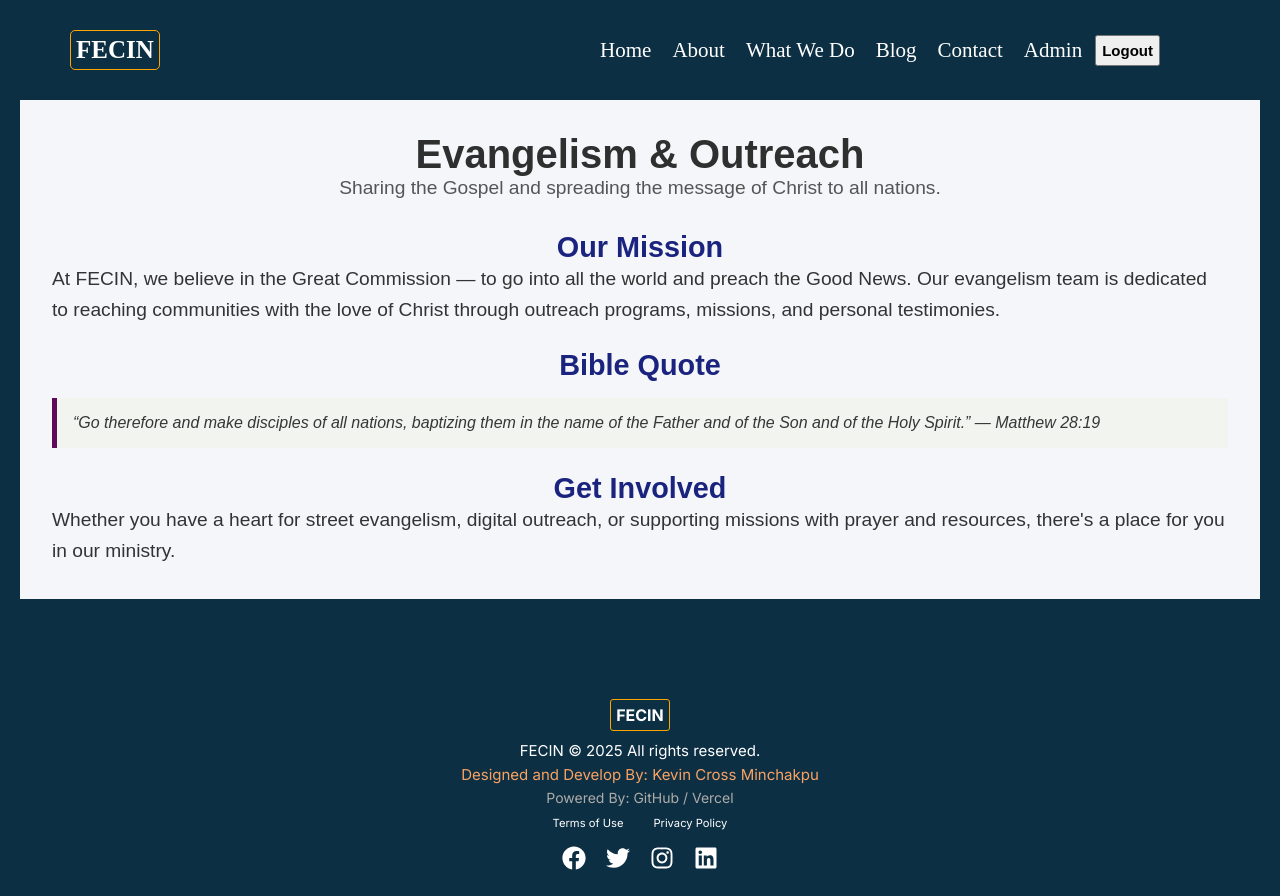
Repository: KCMinchakpu/fecin-projectgs497
Page: /evangelism
These files come from the project's save history. The page is drawn as it stood at one moment and after the next save; the edit follows.
The browser window is 1280 px wide. The pictures show the whole page.
The project was rebuilt for these pictures with package versions that can differ from the ones it lists, and the page was loaded fresh each time. The framework's server and built-in components were replaced by stand-ins that run in the browser. Also part of the build but not shown: next.config.mjs.

Above is the page before, as saved 2025-04-06 14:06:24.

### src/app/layout.js
import {Inter} from "next/font/google";
import "./globals.css";
import Navbar from "@/components/navbar/Navbar";
import Footer from "@/components/footer/Footer";

const inter = Inter({ subsets: ["latin"]});

export const metadata = {
  title: "FECIN Bible Translation Project",
  description: "This is the official FECIN Bible Translation Project",
};

export default function RootLayout({ children }) {
  return (
    <html lang="en">
      <body className={inter.className}>
        <div className="container">
        <Navbar />
        {children}
        <Footer />
        </div>
      </body>
    </html>
  );
}

### src/app/evangelism/page.jsx
import styles from './Evangelism.module.css';

export default function EvangelismPage() {
  return (
    <main className={styles.container}>
      <section className={styles.hero}>
        <h1>Evangelism & Outreach</h1>
        <p>Sharing the Gospel and spreading the message of Christ to all nations.</p>
      </section>

      <section className={styles.content}>
        <h2>Our Mission</h2>
        <p>
          At FECIN, we believe in the Great Commission — to go into all the world and preach the Good News.
          Our evangelism team is dedicated to reaching communities with the love of Christ through outreach programs,
          missions, and personal testimonies.
        </p>

        <h2>Bible Quote</h2>
        <blockquote className={styles.quote}>
          “Go therefore and make disciples of all nations, baptizing them in the name of the Father and of the Son
          and of the Holy Spirit.” — Matthew 28:19
        </blockquote>

        <h2>Get Involved</h2>
        <p>
          Whether you have a heart for street evangelism, digital outreach, or supporting missions with prayer and
          resources, there's a place for you in our ministry.
        </p>
      </section>
    </main>
  );
}

### src/app/globals.css
:root {
    --bg: #0c2f43;
    --text: white;
    --bgSoft: #091f2c;
    --textSoft: rgb(237, 232, 232);
    --btn: #de3c21;
    --bgWhite: white;
    --textGray: #444444;
}

/* Box sizing rules */
* {
    box-sizing: border-box;
    margin:0;
    padding: 0;
  }

/* Set core body defaults */
body {
    background-color: var(--bgWhite);
    color: var(--text);
  }

a {
    color: inherit;
    text-decoration: none;
}

.container {
  background-color: var(--bg);
  width: 100%; /* Default for small screens */
  margin: auto;
  padding-left: 20px;
  padding-right: 20px;
  min-height: 120vh;
  display: flex;
  flex-direction: column;
  justify-content: space-between;
}

### src/components/navbar/Navbar.jsx
import React from 'react';
import Link from 'next/link';
import Links from "./links/Links";
import styles from "./navbar.module.css";

const Navbar = () => {
  return (
    <div className={styles.container}>
      <Link href="/" className={styles.logo}>FECIN</Link>
      <div>
        <Links />
      </div>
    </div>
  );
};

export default Navbar;

### src/components/footer/Footer.jsx
import React from 'react';
import styles from './footer.module.css';
import { FaFacebook, FaTwitter, FaInstagram, FaLinkedin } from 'react-icons/fa';

const Footer = () => {
  return (
    <div className={styles.container}>
      <div className={styles.logo}>
        {/* You can add a logo image here if needed */}
        <h2>FECIN</h2>
      </div>
      <div>
        <p className={styles.text}>FECIN © 2025 All rights reserved.</p>
        <p className={styles.author}>
          <a href="https://www.linkedin.com/in/kevin-cross-minchakpu-7897379a" target="_blank">Designed and Develop By: Kevin Cross Minchakpu</a>
          </p>
        <p className={styles.company}>
          <a href="https://octatesystems.github.io/OSNigeria/">Powered By: GitHub / Vercel</a>
          </p>
      </div>
      <div className={styles.links}>
        <a href="/terms" className={styles.link}>Terms of Use</a>
        <a href="/privacy" className={styles.link}>Privacy Policy</a>
      </div>
      <div className={styles.socialIcons}>
        <a href="https://facebook.com" target="_blank" rel="noopener noreferrer" className={styles.icon}>
          <FaFacebook />
        </a>
        <a href="https://twitter.com" target="_blank" rel="noopener noreferrer" className={styles.icon}>
          <FaTwitter />
        </a>
        <a href="https://instagram.com" target="_blank" rel="noopener noreferrer" className={styles.icon}>
          <FaInstagram />
        </a>
        <a href="https://linkedin.com" target="_blank" rel="noopener noreferrer" className={styles.icon}>
          <FaLinkedin />
        </a>
      </div>
    </div>
  );
};

export default Footer;

### src/app/evangelism/Evangelism.module.css
.container {
    padding: 2rem;
    margin: 0 auto;
    font-family: 'Arial', sans-serif;
    background-color: #f4f6fa;
    margin-bottom: 80px;
  }

  .hero {
    text-align: center;
    margin-bottom: 2rem;
  }

  .hero h1 {
    font-size: 2.5rem;
    color: #2e2f2e;
  }

  .hero p {
    font-size: 1.2rem;
    color: #555;
  }

  .content h2 {
    font-size: 1.8rem;
    margin-top: 1.5rem;
    color: #1a237e;
    text-align: center;
  }

  .content p {
    font-size: 1.2rem;
    line-height: 1.6;
    color: #333;
  }

  .quote {
    background-color: #f1f4ef;
    border-left: 5px solid #5f095b;
    padding: 1rem;
    margin: 1rem 0;
    font-style: italic;
    color: #373637;
    font-size: 1rem;
  }

### src/components/navbar/links/Links.jsx
"use client"

import React from "react";
import {useState} from  "react";
import Image from 'next/image';
import NavLink from "../navLink/NavLink";
import styles from "./links.module.css";


const links = [
  { title: "Home", path: "/" },
  { title: "About", path: "/about" },
  { title: "What We Do", path: "/whatwedo" },
  { title: "Blog", path: "/blog" },
  { title: "Contact", path: "/contact" },
];

const Links = () => {
  const [open,setOpen] = useState(false)

  //Temporary
  const session = true
  const isAdmin = true

  return (
    <div className={styles.container}>
    <div className={styles.links}>
      {links.map((link) => (
        <NavLink item={link} key={link.title} />
      ))}
      {session ? (
          <>
          {isAdmin && <NavLink item={{title: "Admin", path: "/admin"}} />}
         <button className={styles.logout}>Logout</button>
         </>
        ) : (
          <NavLink item={{title: "Login", path: "/login"}} />
        )
      }
      </div>
      <Image
      className={styles.menuButton}
      src="/menu.png"
      alt="Hamburger menu"
      width={30}
      height={30} onClick={() => setOpen((prev) => !prev)}
      />

      {open && ( <div className={styles.mobileLinks}>
          {links.map((link) => (
        <NavLink item={link} key={link.title} />
      ))}
    </div>
)}
</div>
  );
};

export default Links;

### src/components/navbar/navbar.module.css
.container {
    height: 100px;
    display: flex;
    align-items: center;
    justify-content: space-between;
}

.logo {
    font-size: 25px;
    font-weight: bold;
    font-family: "Play", serif;
    font-weight: 700;
    font-style: normal;
    border: 1.5px solid orange;
    padding: 5px;
    border-radius: 5px;
    margin-left: 50px;
}

### src/components/footer/footer.module.css
/* Footer Container */
.container {
    background-color: var(--bg);
    color: white;
    display: flex;
    flex-direction: column;
    align-items: center;
    justify-content: space-between;
    padding: 20px;
    text-align: center;
  }

  .logo h2 {
    font-size: 1rem;
    margin-bottom: 10px;
    border: 1px solid orange;
    padding: 5px;
    border-radius: 3px;
  }

  .text {
    margin-bottom: 5px;
    font-size: 15px;

  }
  .author {
    margin-bottom: 5px;
    font-size: 15px;
    color: rgb(250, 162, 99);
  }

  .company {
    margin-bottom: 5px;
    font-size: 14px;
    color: rgb(174, 172, 170);
  }

  .author:hover {
    text-decoration: underline;
  }

  .company:hover {
    text-decoration: underline;
  }

  .links {
    margin-bottom: 15px;
  }

  .link {
    color: white;
    margin: 0 15px;
    text-decoration: none;
    font-size: 0.7rem;
  }

  .link:hover {
    text-decoration: underline;
  }

  .socialIcons {
    display: flex;
    justify-content: center;
    gap: 20px;
  }

  .icon {
    font-size: 1.5rem;
    color: white;
    transition: color 0.3s ease;
  }

  .icon:hover {
    color: #0070f3;
  }


  @media (min-width: 768px) {
    .container {
      flex-direction: column;
      align-items: center;
      justify-content: space-around;
    }
  }

### src/components/navbar/navLink/navLink.jsx
"use client";

import React from "react";
import Link from "next/link";
import { usePathname } from "next/navigation";
import styles from "./navLink.module.css";

const NavLink = ({ item }) => {
  const pathName = usePathname();
  return (
    <Link
      href={item.path}
      className={`${styles.container} ${
        pathName === item.path ? styles.active : ""
      }`}
    >
      {item.title}
    </Link>
  );
};

export default NavLink;

### src/components/navbar/links/links.module.css
.links {
    display: flex;
    align-items: center;
    gap: 5px;
    font-family: "Play", serif;
    font-style: normal;
    margin-right: 100px;
    font-size: 21px;
}

.logout {
    padding: 5px;
    cursor: pointer;
    font-weight: bold;
    font-size: 15px;
}

.menuButton,
.mobileLinks {
   display: none;
  }

  @media (max-width: 480px){
    .links {
        display: none;
    }

    .menuButton {
        display: block;
        cursor: pointer;
      }

    .mobileLinks {
        position: absolute;
        top: 100px;
        right: 0;
        width: 50%;
        height: calc(100vh-100px);
        /*background-color: var(--bg);*/
       background-color: brown;
        display: flex;
        flex-direction: column;
        align-items: center;
        justify-content: center;
        gap: 10px;
      }
  }

### src/components/navbar/navLink/navLink.module.css
.container {
    padding: 8px;
    text-align: center;


}

.active {
    background-color: var(--text);
    color: var(--btn);
}

Loaded but not shown: src/app/admin/users/[userId]/role/route.js (no copy from this time; the picture is the same without it)

After the next save:
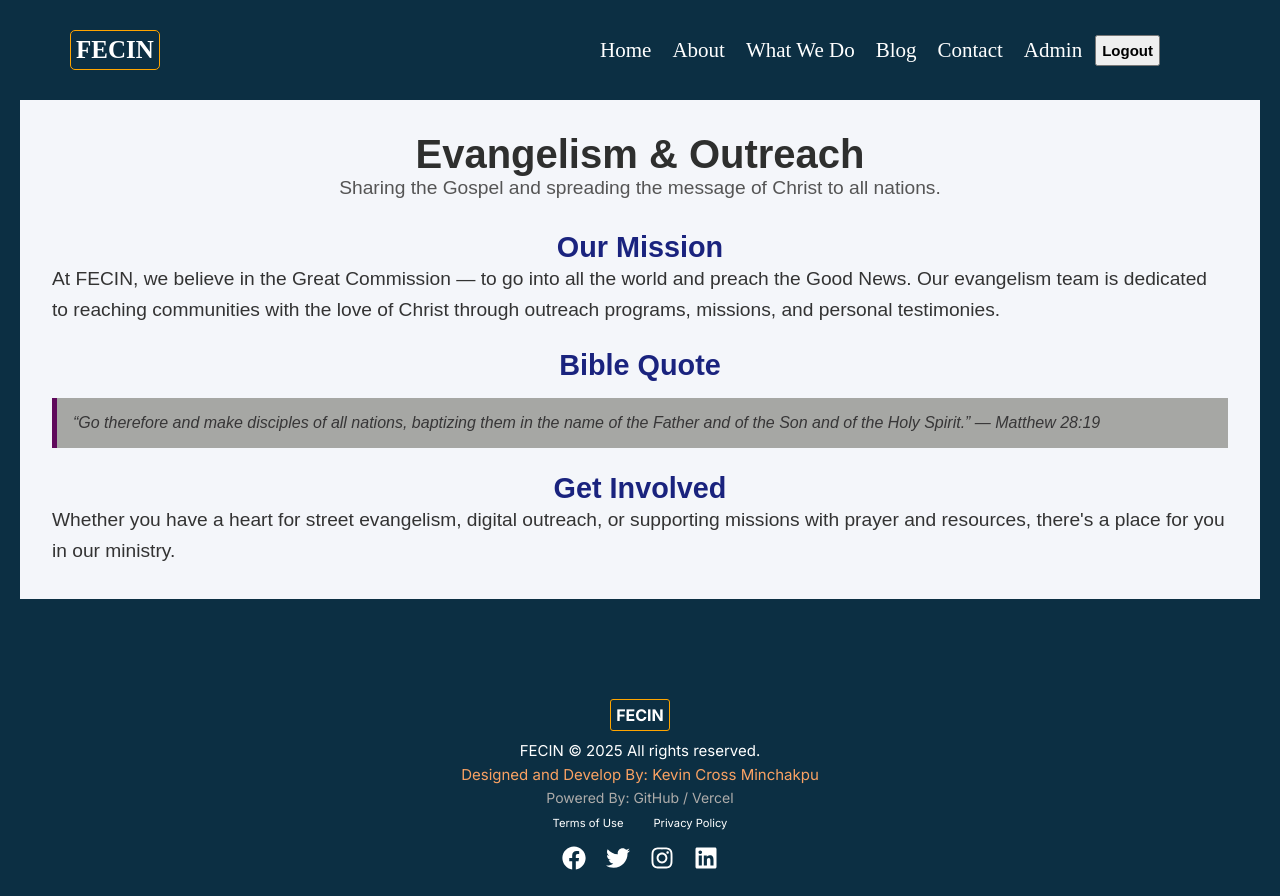
Saved 29 s later.
--- a/src/app/evangelism/Evangelism.module.css
+++ b/src/app/evangelism/Evangelism.module.css
@@ -35,7 +35,7 @@
   }
 
   .quote {
-    background-color: #f1f4ef;
+    background-color: #a6a7a4;
     border-left: 5px solid #5f095b;
     padding: 1rem;
     margin: 1rem 0;
